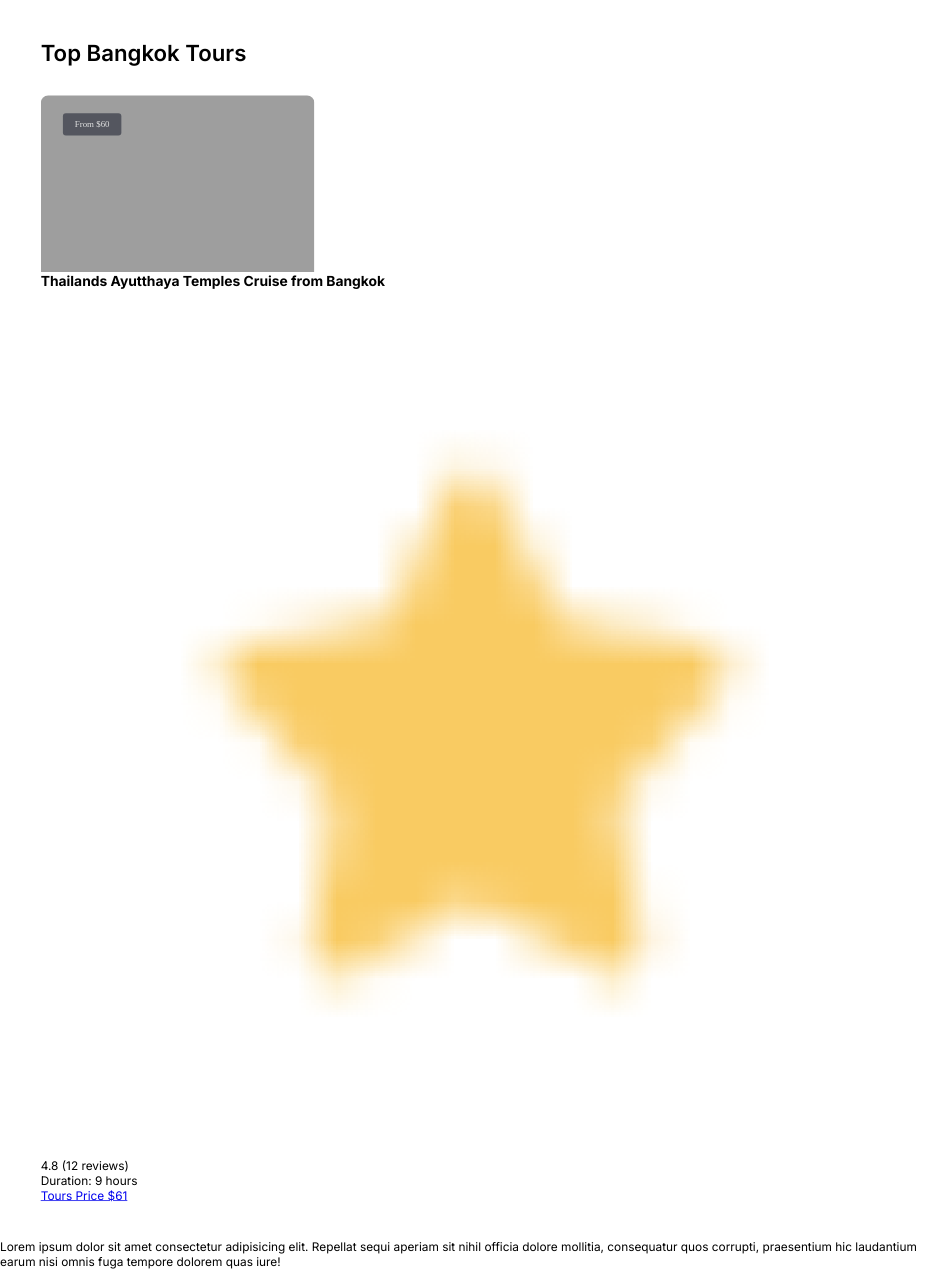
Repository: man0405/practice-web
Page: index.html
An editor plug-in stored every save of this project. The page is shown before and after the next save, followed by the edit.
The browser window is 1280 px wide. The pictures show the whole page, at 74% of full size.
Pictures or frames that could not be fetched are drawn as grey boxes. Some web fonts or font styles are not loaded; a fallback is used.

Above is the page before, as saved 2023-03-29 10:17:28.

### index.html
<!DOCTYPE html>
<html lang="en">
  <head>
    <meta charset="UTF-8" />
    <meta http-equiv="X-UA-Compatible" content="IE=edge" />
    <meta name="viewport" content="width=device-width, initial-scale=1.0" />
    <title>Practice Website</title>
    <link rel="stylesheet" href="./main.css" />
    <link rel="preconnect" href="https://fonts.googleapis.com" />
    <link rel="preconnect" href="https://fonts.gstatic.com" crossorigin="" />
    <link
      href="https://fonts.googleapis.com/css2?family=Delicious+Handrawn&amp;family=Inter:wght@100;200;300;400;500;600;700;800;900&amp;family=Pacifico&amp;family=Roboto:ital,wght@0,100;0,300;0,400;0,500;0,700;0,900;1,100;1,300;1,400;1,500;1,700;1,900&amp;display=swap"
      rel="stylesheet"
    />
  </head>
  <body>
    <section class="top-tour">
      <div class="container">
        <h2 class="heading">Top Bangkok Tours</h2>
        <div class="tour-list">
          <div class="tour-item">
            <div class="tour-top">
              <img
                class="tour-image"
                src="https://source.unsplash.com/random"
                alt="tour-image"
              /><span class="tour-price">From $60</span>
            </div>
            <div class="tour-contents">
              <h3 class="tour-title">
                Thailands Ayutthaya Temples Cruise from Bangkok
              </h3>
              <div class="tour-rating">
                <div class="tour-review">
                  <div class="tour-star">
                    <img src="./img/star.png" alt="tour-rating" />
                  </div>
                  <div class="tour-review-count">4.8 (12 reviews)</div>
                </div>
                <div class="tour-duration">Duration: 9 hours</div>
              </div>
              <a
                class="tour-button"
                href="#"
                target="_blank"
                rel="noopener noreferrer"
                >Tours Price $61</a
              >
            </div>
          </div>
        </div>
      </div>
      <p>
        Lorem ipsum dolor sit amet consectetur adipisicing elit. Repellat sequi
        aperiam sit nihil officia dolore mollitia, consequatur quos corrupti,
        praesentium hic laudantium earum nisi omnis fuga tempore dolorem quas
        iure!
      </p>
    </section>
  </body>
</html>

### main.css
* {
  padding: 0;
  margin: 0;
  border: none;
  box-sizing: border-box;
}

body {
  font-family: "Inter", sans-serif;
  /* font-family: "Pacifico", cursive;
  font-family: "Roboto", sans-serif; */
}

img {
  width: 100%;
  height: 100%;
}

:root {
  --text-color: #fcfcfd;
  --gray-2: #353945;
}

.container {
  width: 1170px;
  margin: 50px auto;
}

.heading {
  font-size: 30px;
  font-weight: 600;
  line-height: 1.5;
  margin-bottom: 34px;
}

.tour-item {
  border-radius: 10px;
}

.tour-top {
  height: 239px;
  width: 370px;
  position: relative;
}

.tour-image {
  border-top-right-radius: 10px;
  border-top-left-radius: 10px;
  object-fit: cover;
}

.tour-price {
  position: absolute;
  top: 24px;
  left: 30px;
  color: var(--text-color);
  background-color: var(--gray-2);
  padding: 5px 16px;
  opacity: 0.7;
  border-radius: 4px;

  font-size: 12px;
  font-weight: 500;
  font-family: "DM Sans";
  line-height: 1.6667;
}

After the next save:
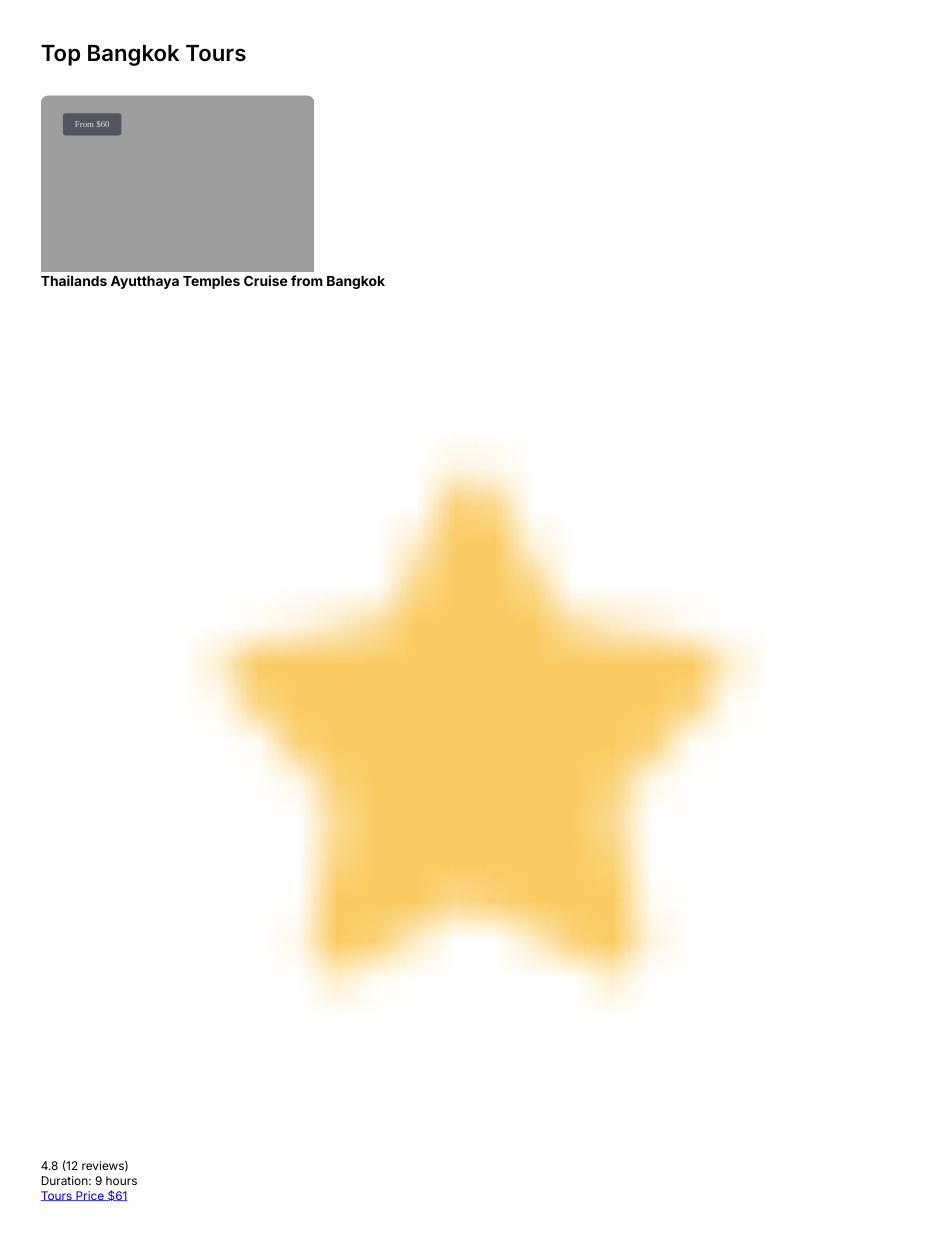
Saved 43 s later.
--- a/index.html
+++ b/index.html
@@ -50,12 +50,6 @@
           </div>
         </div>
       </div>
-      <p>
-        Lorem ipsum dolor sit amet consectetur adipisicing elit. Repellat sequi
-        aperiam sit nihil officia dolore mollitia, consequatur quos corrupti,
-        praesentium hic laudantium earum nisi omnis fuga tempore dolorem quas
-        iure!
-      </p>
     </section>
   </body>
 </html>
